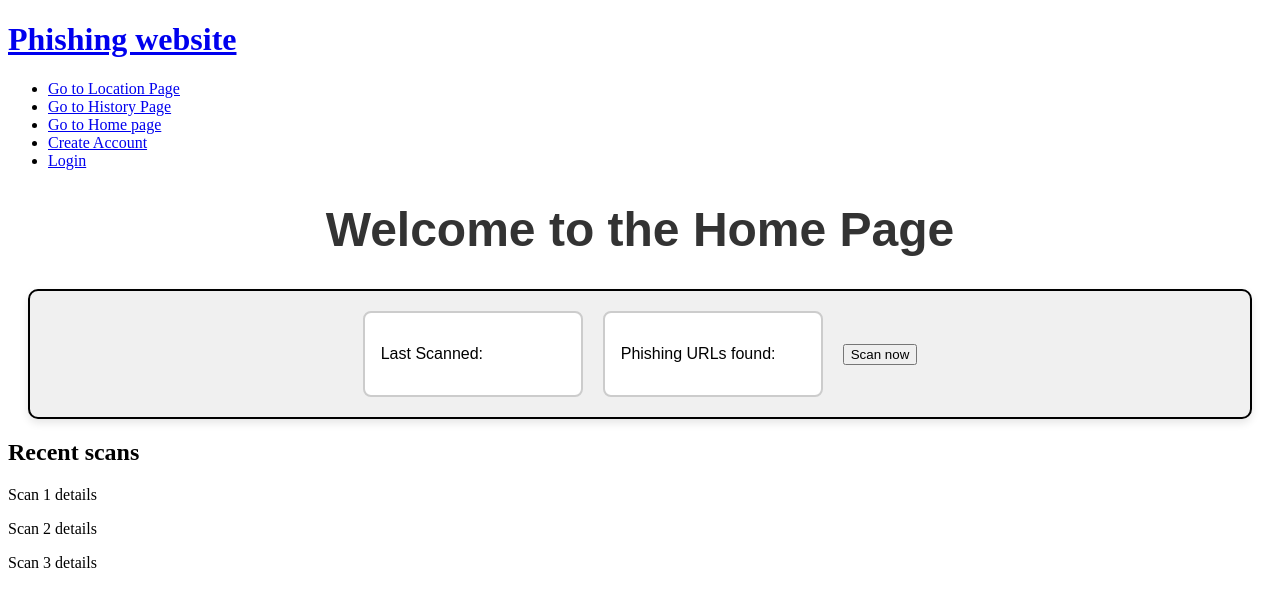
Repository: 2305199/Final-year-project
Page: / (app in frontend/)
These files come from the project's save history. The page is drawn as it stood at one moment and after the next save; the edit follows.
The browser window is 1280 px wide. The pictures show the whole page.
The project was rebuilt for these pictures with package versions that can differ from the ones it lists, and the page was loaded fresh each time. Also part of the build but not shown: frontend/vite.config.js, frontend/src/Location/Location.jsx, frontend/src/History/History.jsx, frontend/src/User/CreateAccount.jsx, frontend/src/User/Login.jsx.

Above is the page before, as saved 2026-01-29 01:07:24.

After the next save:
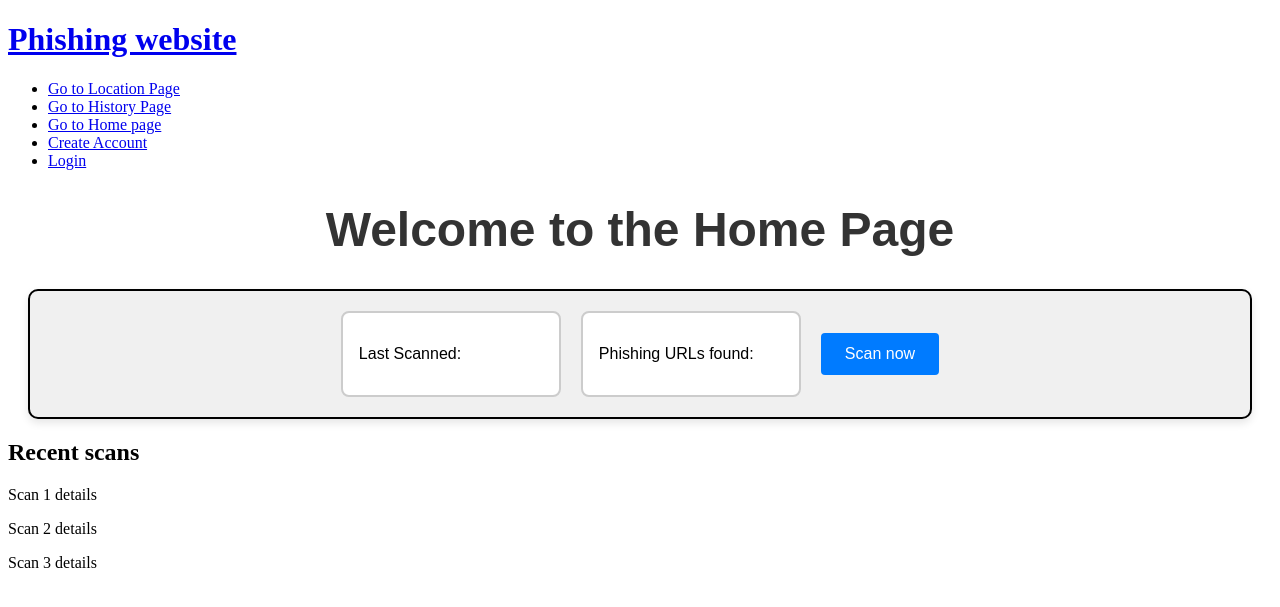
Saved 32 s later.
--- a/frontend/src/Home/Home.module.css
+++ b/frontend/src/Home/Home.module.css
@@ -40,3 +40,14 @@
   width: 220px;
   box-sizing: border-box;
 }
+
+.scanButton {
+  padding: 12px 24px;
+  font-size: 16px;
+  background-color: #007bff;
+  color: #ffffff;
+  border: none;
+  border-radius: 4px;
+  cursor: pointer;
+  transition: background-color 0.3s ease;
+}
